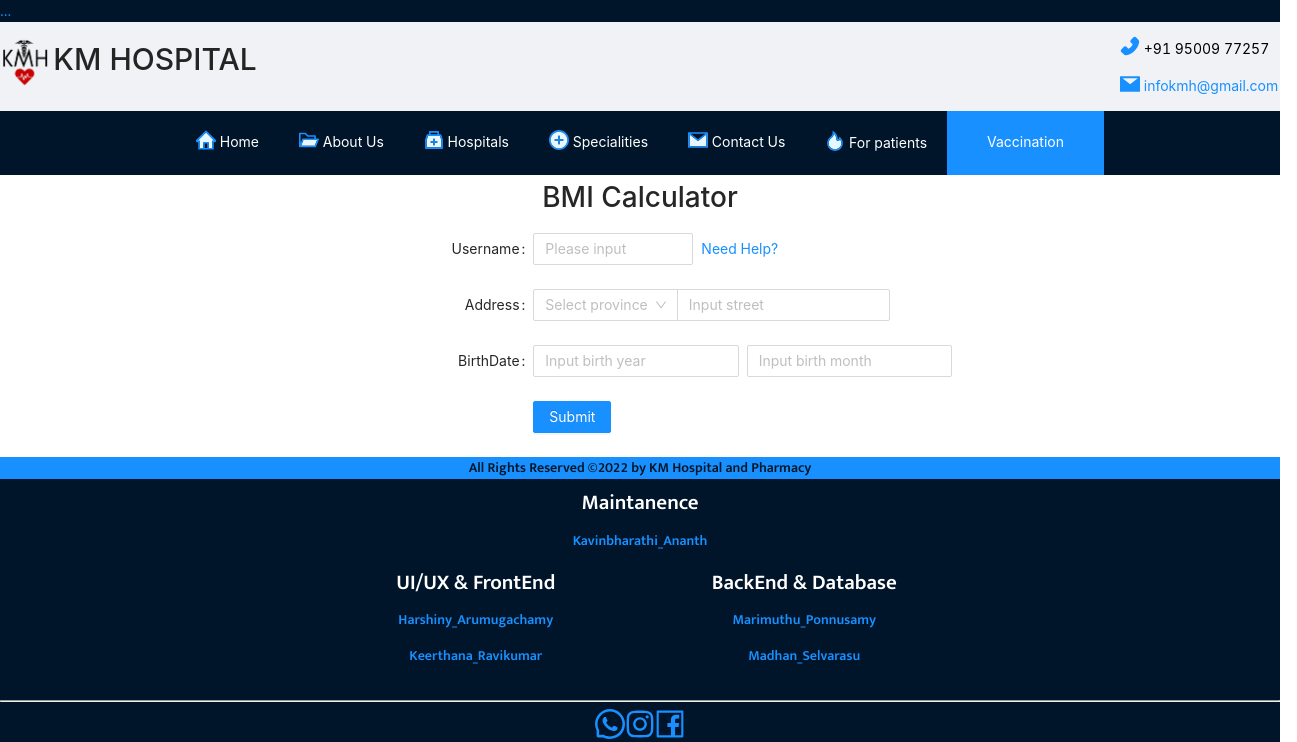
Repository: marimuthu1001/KHM-hospital
Page: /bmicalculator (app in km-hospital/)
An editor plug-in stored every save of this project. The page is shown before and after the next save, followed by the edit.
The browser window is 1280 px wide. The page is 1297 px wide, so the pictures cover 1297 px, including what lies to the right of the window. The pictures show the whole page.
The project was rebuilt for these pictures with package versions that can differ from the ones it lists, and the page was loaded fresh each time. Also part of the build but not shown: km-hospital/src/Styles/ContactUs.module.css, km-hospital/src/Pages/ContactUs.jsx, km-hospital/src/Pages/AboutUS.jsx, km-hospital/src/Styles/Specialities.module.css, km-hospital/src/firebase.js, km-hospital/src/Pages/Specialities.jsx, km-hospital/src/Pages/Feedback.jsx.

Above is the page before, as saved 2022-01-25 14:16:04.

After the next save:
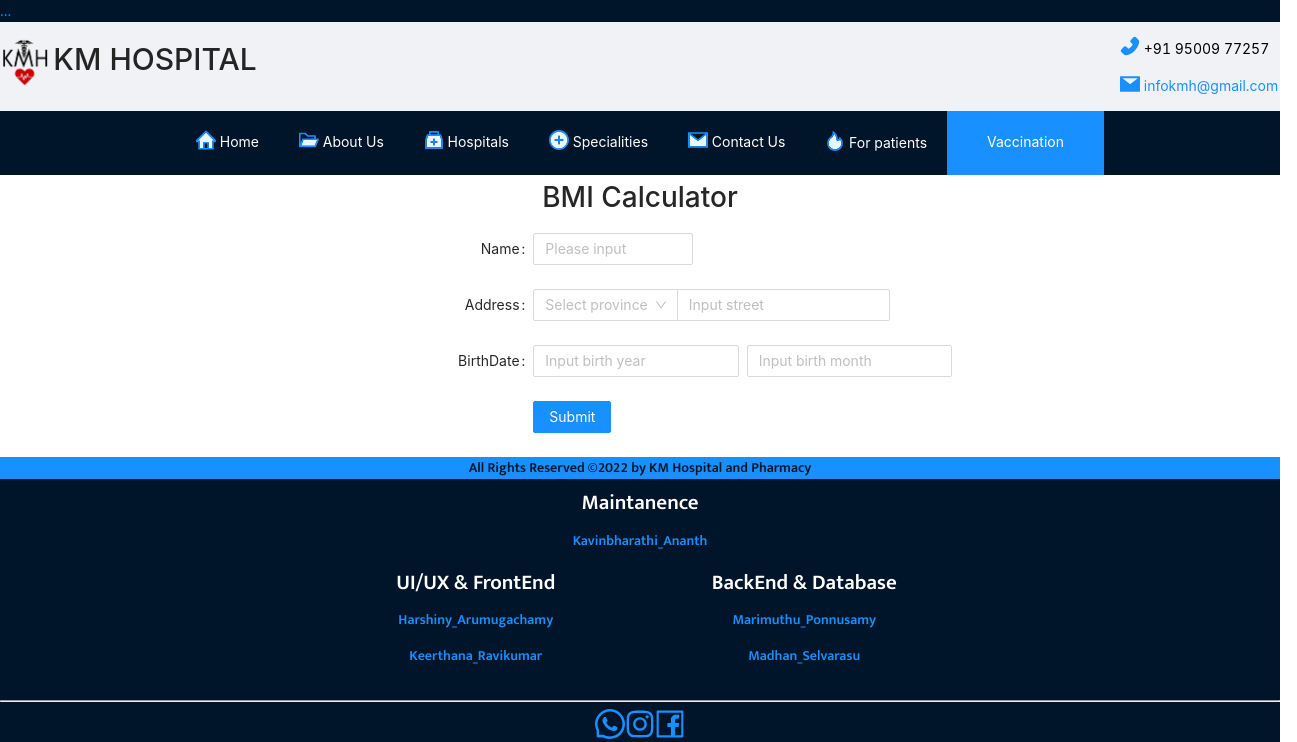
Saved 75 s later.
--- a/km-hospital/src/Pages/For Patients/Bmi_Calculator.jsx
+++ b/km-hospital/src/Pages/For Patients/Bmi_Calculator.jsx
@@ -25,7 +25,7 @@ function Bmi_Calculator() {
 
 
             <Form name="complex-form" onFinish={onFinish} labelCol={{ span: 10 }} wrapperCol={{ span: 8 }}>
-                <Form.Item label="Username">
+                <Form.Item label="Name">
                     <Space>
                     <Form.Item
                         name="username"
@@ -34,9 +34,6 @@ function Bmi_Calculator() {
                     >
                         <Input style={{ width: 160 }} placeholder="Please input" />
                     </Form.Item>
-                    <Tooltip title="Useful information">
-                        <Typography.Link href="#API">Need Help?</Typography.Link>
-                    </Tooltip>
                     </Space>
                 </Form.Item>
                 <Form.Item label="Address">
